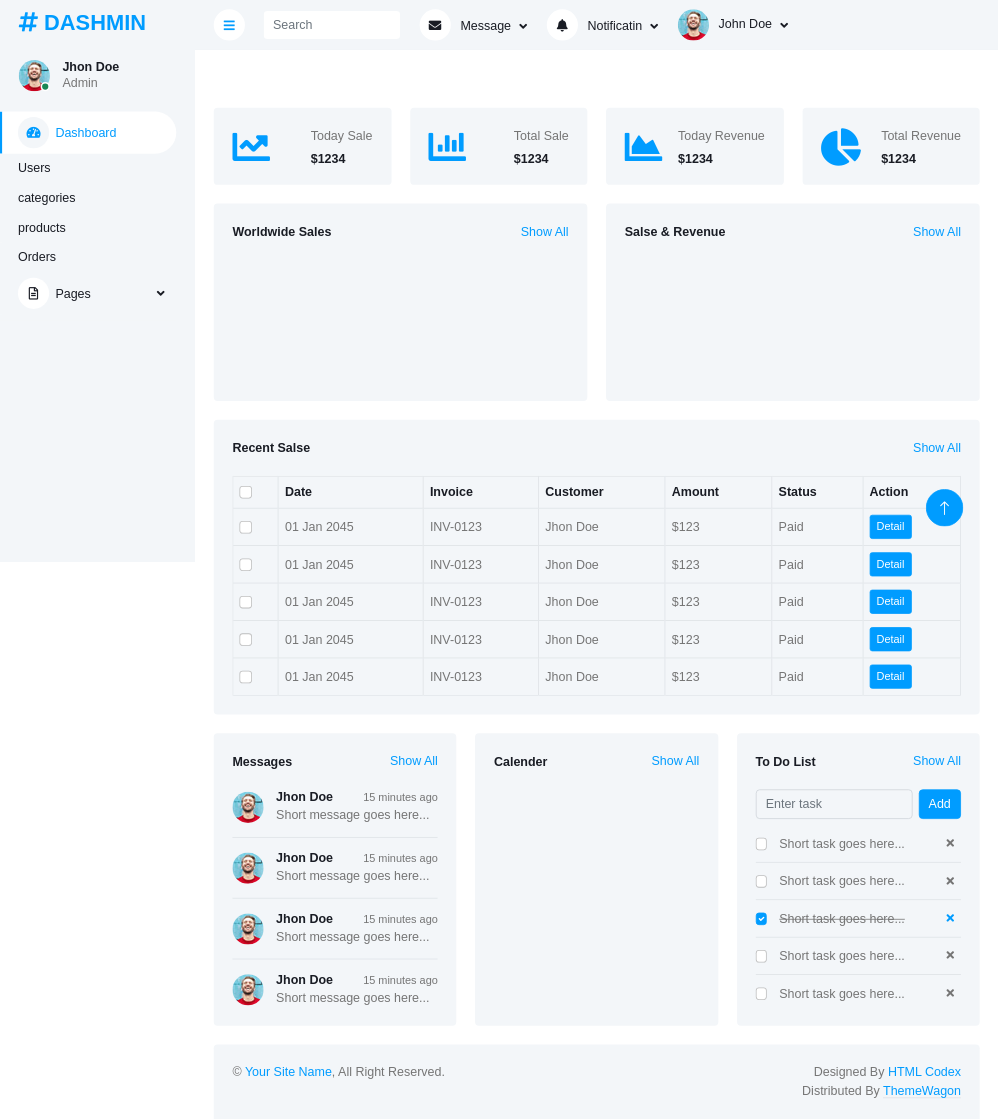
Repository: beovan/php1_ASM
Page: http://localhost/admin/admin_user.php
These files come from the project's save history. The page is drawn as it stood at one moment and after the next save; the edit follows.
The browser window is 1280 px wide. The pictures show the whole page, at 78% of full size.
Some web fonts or font styles are not loaded; a fallback is used. Some web libraries are served in a nearby version. The page is run by PHP 8.4 with error messages shown; the project is at /var/www/html/. The session is filled in as if someone had signed in: {"account_id": 1}. Queries for data that is not in the repository find no rows.

Above is the page before, as saved 2023-08-09 22:38:01.

After the next save:
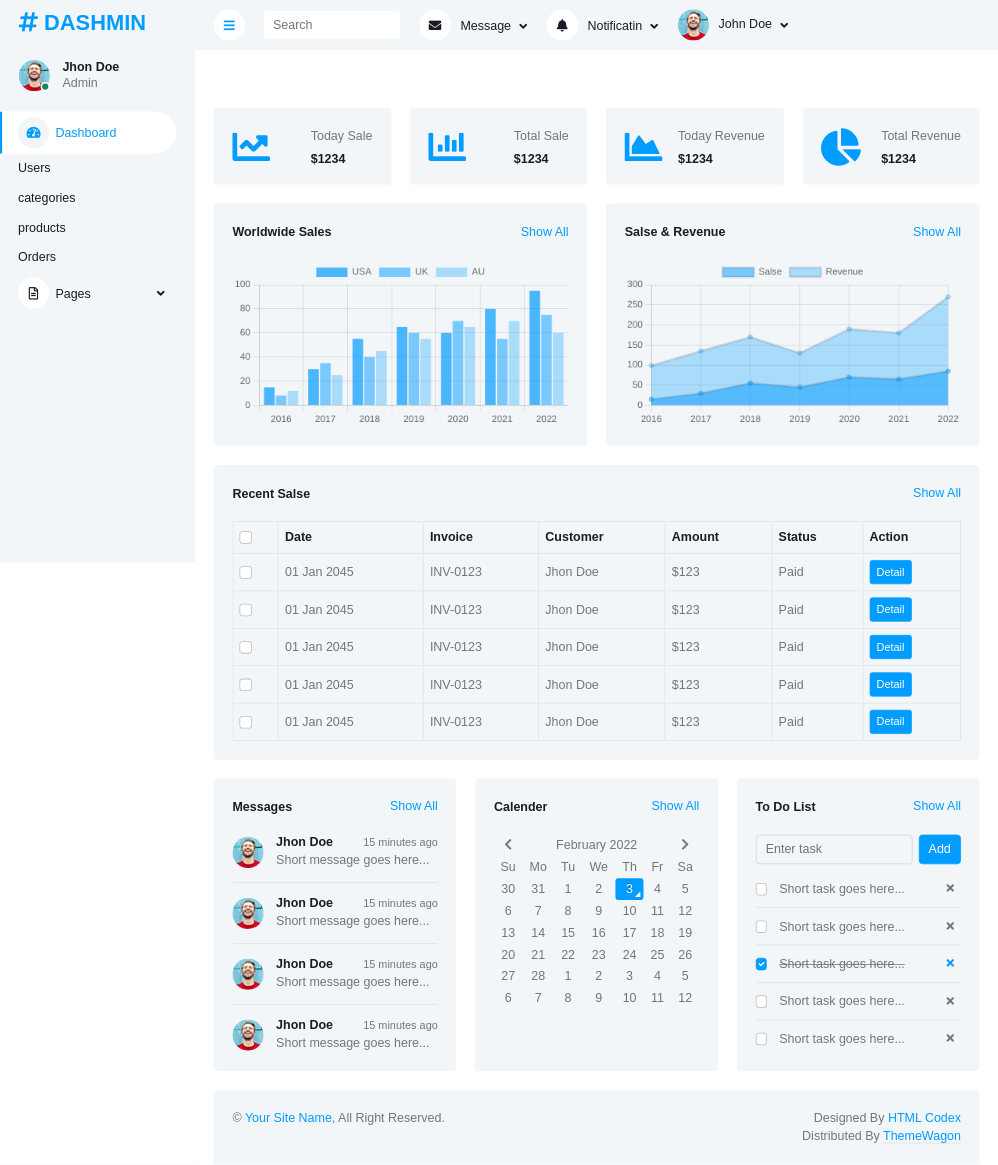
Console error: TypeError: Cannot read properties of undefined (reading 'getContext')
Saved 72 s later.
--- a/admin/admin_user.php
+++ b/admin/admin_user.php
@@ -424,7 +424,19 @@ if (isset($message)) {
    include("./layout/side_bar.php");
    ?>
 
-
+ <!-- JavaScript Libraries -->
+ <script src="https://code.jquery.com/jquery-3.4.1.min.js"></script>
+    <script src="https://cdn.jsdelivr.net/npm/bootstrap@5.0.0/dist/js/bootstrap.bundle.min.js"></script>
+    <script src="lib/chart/chart.min.js"></script>
+    <script src="lib/easing/easing.min.js"></script>
+    <script src="lib/waypoints/waypoints.min.js"></script>
+    <script src="lib/owlcarousel/owl.carousel.min.js"></script>
+    <script src="lib/tempusdominus/js/moment.min.js"></script>
+    <script src="lib/tempusdominus/js/moment-timezone.min.js"></script>
+    <script src="lib/tempusdominus/js/tempusdominus-bootstrap-4.min.js"></script>
+
+    <!-- Template Javascript -->
+    <script src="js/main.js"></script>
     </div>
 </body>
 
